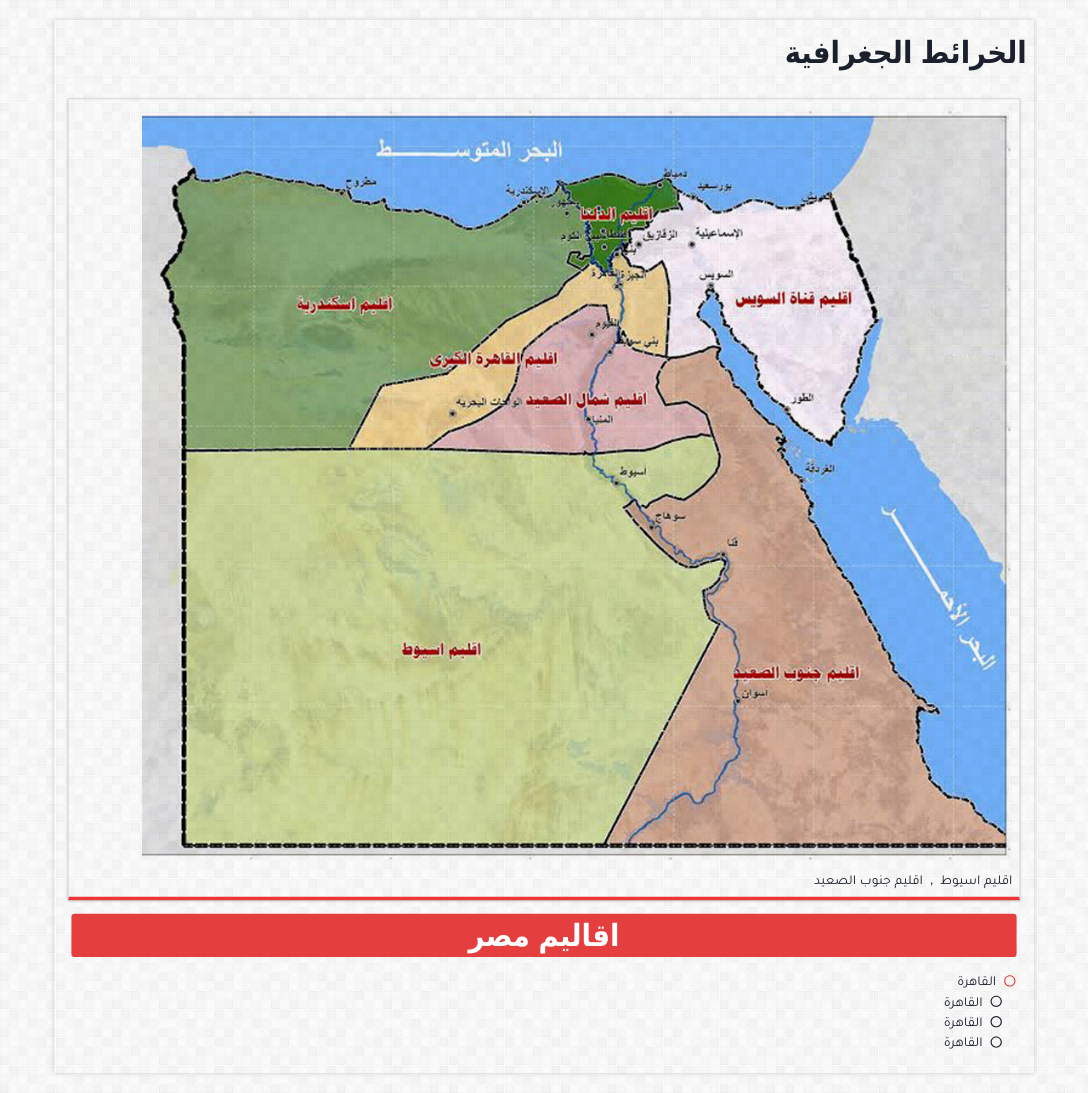
Repository: ahmed-mohamed-eng/egypt-gov-map
Page: /
The author's editor kept a copy of each file at every save. The page is drawn from the files as they stood at one save, then again after the next save.
The browser window is 1280 px wide. The pictures show the whole page, at 85% of full size.
Some web fonts or font styles are not loaded; a fallback is used. The project was rebuilt for these pictures with package versions that can differ from the ones it lists, and the page was loaded fresh each time. The framework's server and built-in components were replaced by stand-ins that run in the browser. Also part of the build but not shown: next.config.js.

Above is the page before, as saved 2022-05-30 14:01:11.

After the next save:
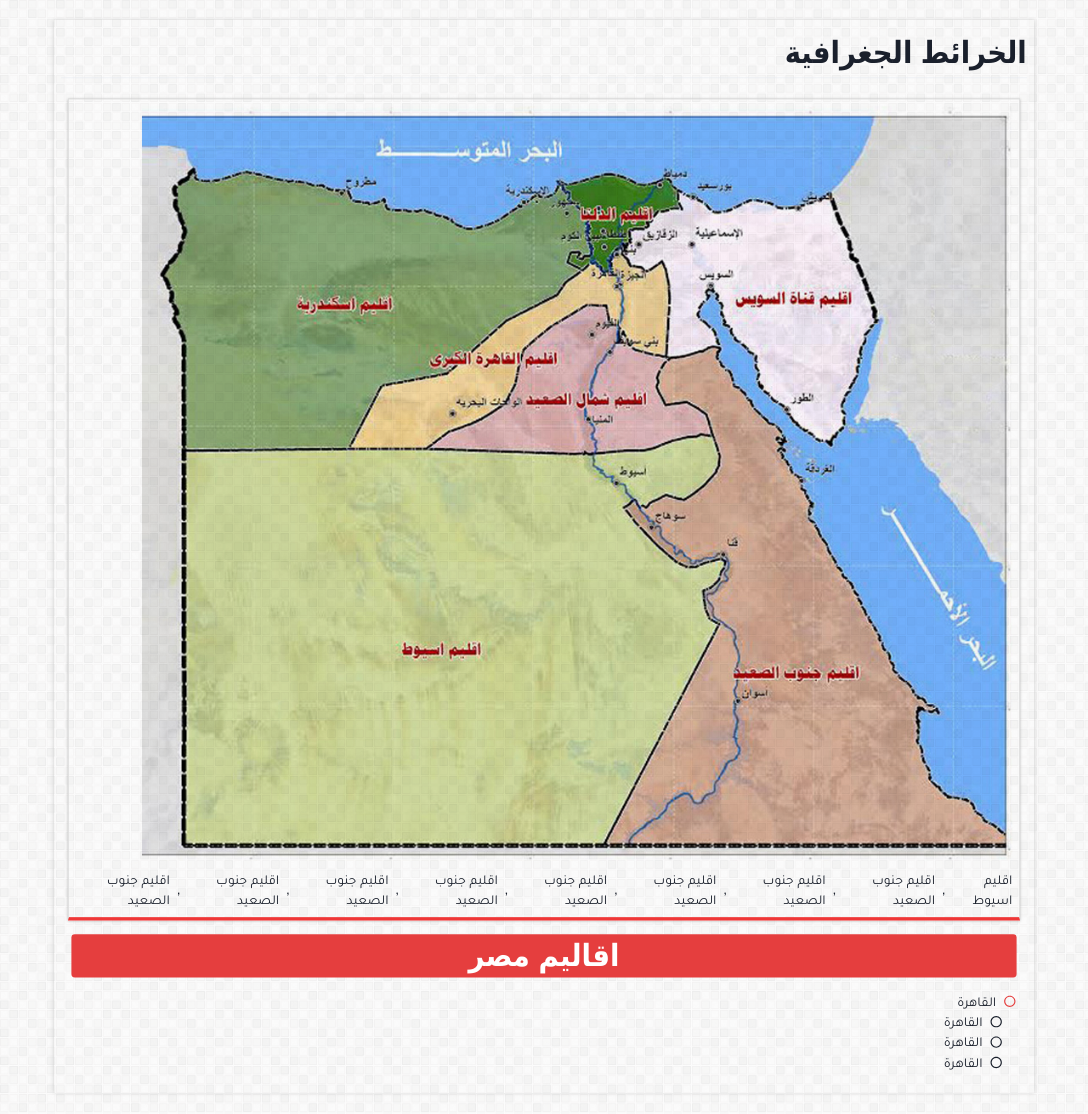
Saved 5 s later.
--- a/constants/provinces.ts
+++ b/constants/provinces.ts
@@ -9,6 +9,34 @@
     text: "اقليم جنوب الصعيد",
     url: "#",
   },
+  {
+    text: "اقليم جنوب الصعيد",
+    url: "#",
+  },
+  {
+    text: "اقليم جنوب الصعيد",
+    url: "#",
+  },
+  {
+    text: "اقليم جنوب الصعيد",
+    url: "#",
+  },
+  {
+    text: "اقليم جنوب الصعيد",
+    url: "#",
+  },
+  {
+    text: "اقليم جنوب الصعيد",
+    url: "#",
+  },
+  {
+    text: "اقليم جنوب الصعيد",
+    url: "#",
+  },
+  {
+    text: "اقليم جنوب الصعيد",
+    url: "#",
+  },
 ];
 
 export default provinces;

After the save that followed:
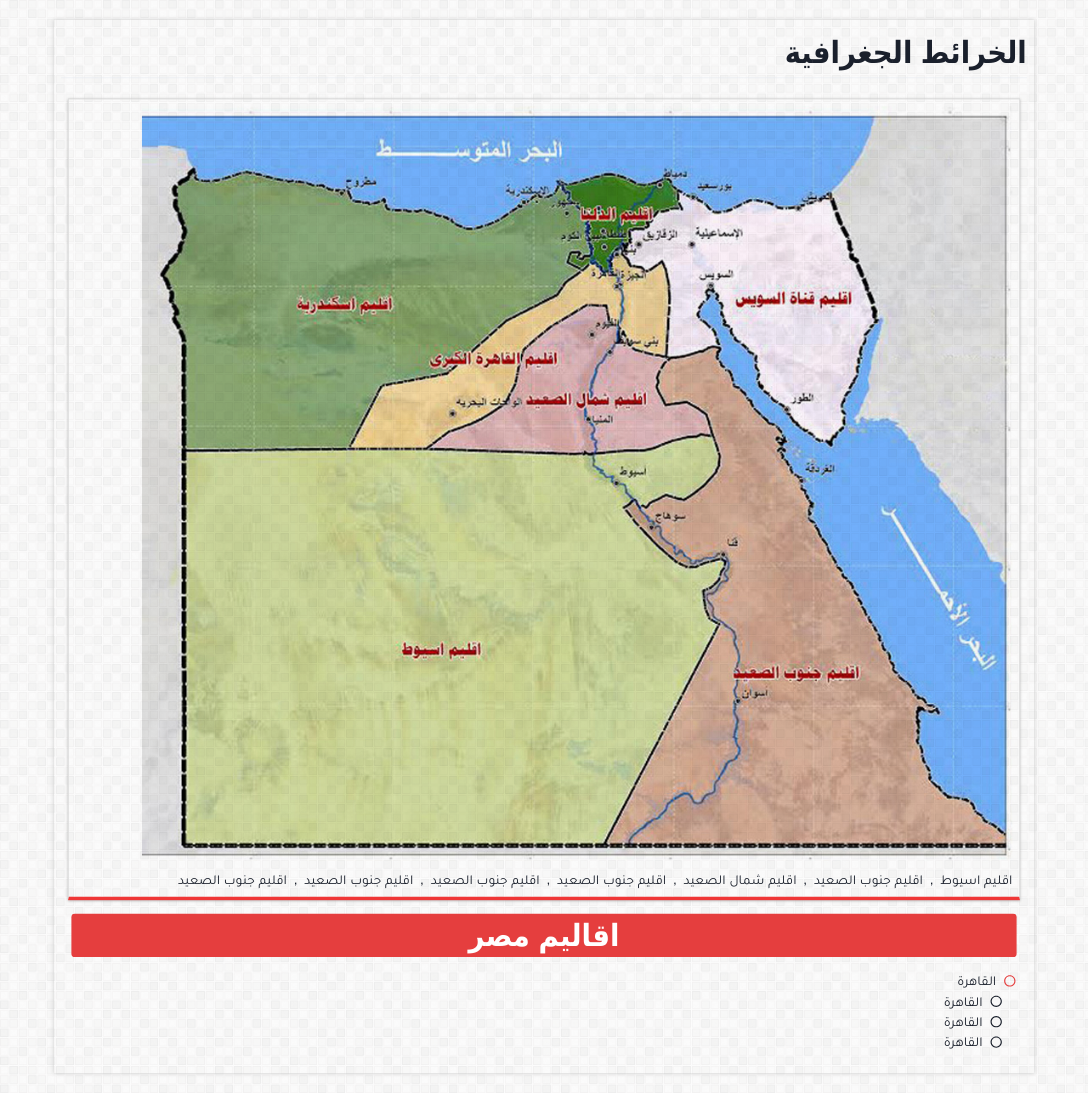
Saved 84 s later.
--- a/constants/provinces.ts
+++ b/constants/provinces.ts
@@ -10,15 +10,7 @@
     url: "#",
   },
   {
-    text: "اقليم جنوب الصعيد",
-    url: "#",
-  },
-  {
-    text: "اقليم جنوب الصعيد",
-    url: "#",
-  },
-  {
-    text: "اقليم جنوب الصعيد",
+    text: "اقليم شمال الصعيد",
     url: "#",
   },
   {
